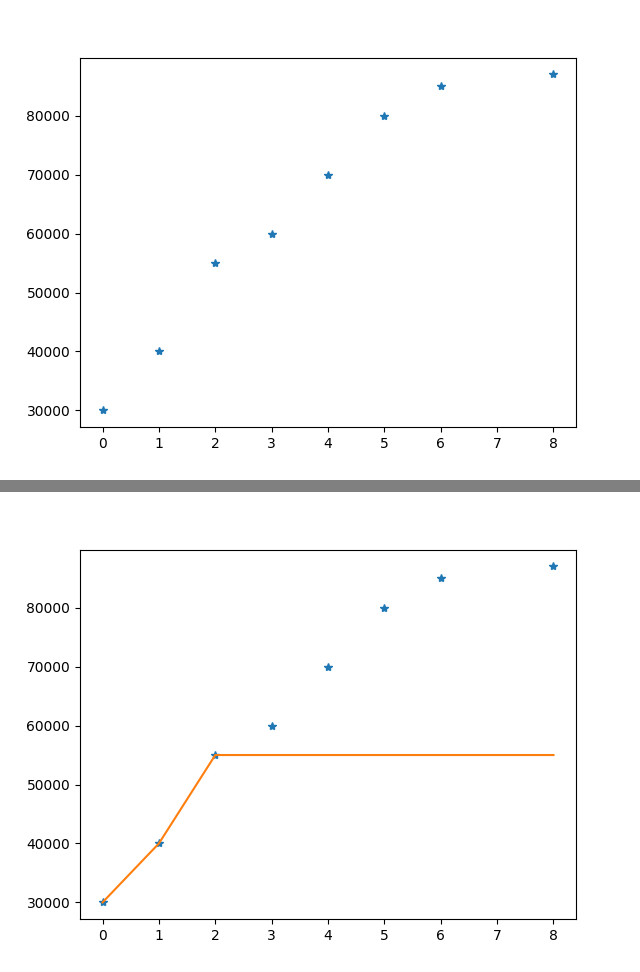
Repository: AbolfazlDargi/The-EXTENT-of-the-impact-of-rights
Script's output: python main.py
The author's editor kept a copy of each file at every save. The script's output is drawn from the files as they stood at one save, then again after the next save.
Each picture stacks the figures in order, with grey between them; figures that are only written to a file come last. Random numbers start from a fixed seed.

Above is the script's output before, as saved 2025-12-10 21:00:51.

After the next save:
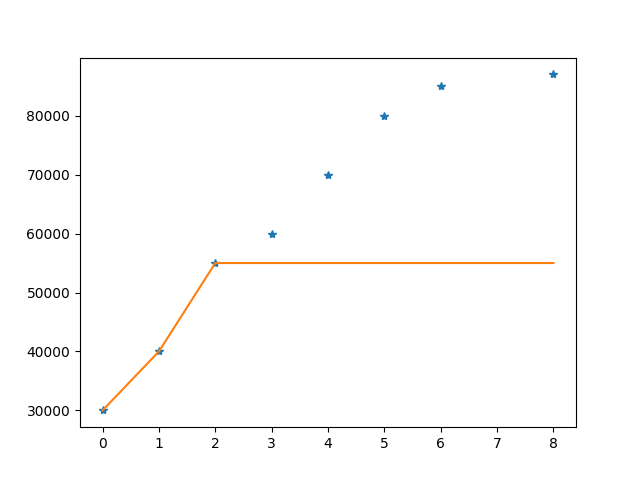
Saved 11 s later.
--- a/main.py
+++ b/main.py
@@ -5,8 +5,8 @@ from sklearn.tree import DecisionTreeClassifier
 years_of_experience = np.array([0,1, 2, 3, 4, 5, 6, 8]).reshape(-1,1)
 years_salieser = np.array([30000, 40000, 55000, 60000, 70000, 80000, 85000, 87000])
 
-plt.plot(years_of_experience, years_salieser, '*')
-plt.show()
+# plt.plot(years_of_experience, years_salieser, '*')
+# plt.show()
 
 model = DecisionTreeClassifier(max_depth=2)
 model.fit(years_of_experience, years_salieser)
